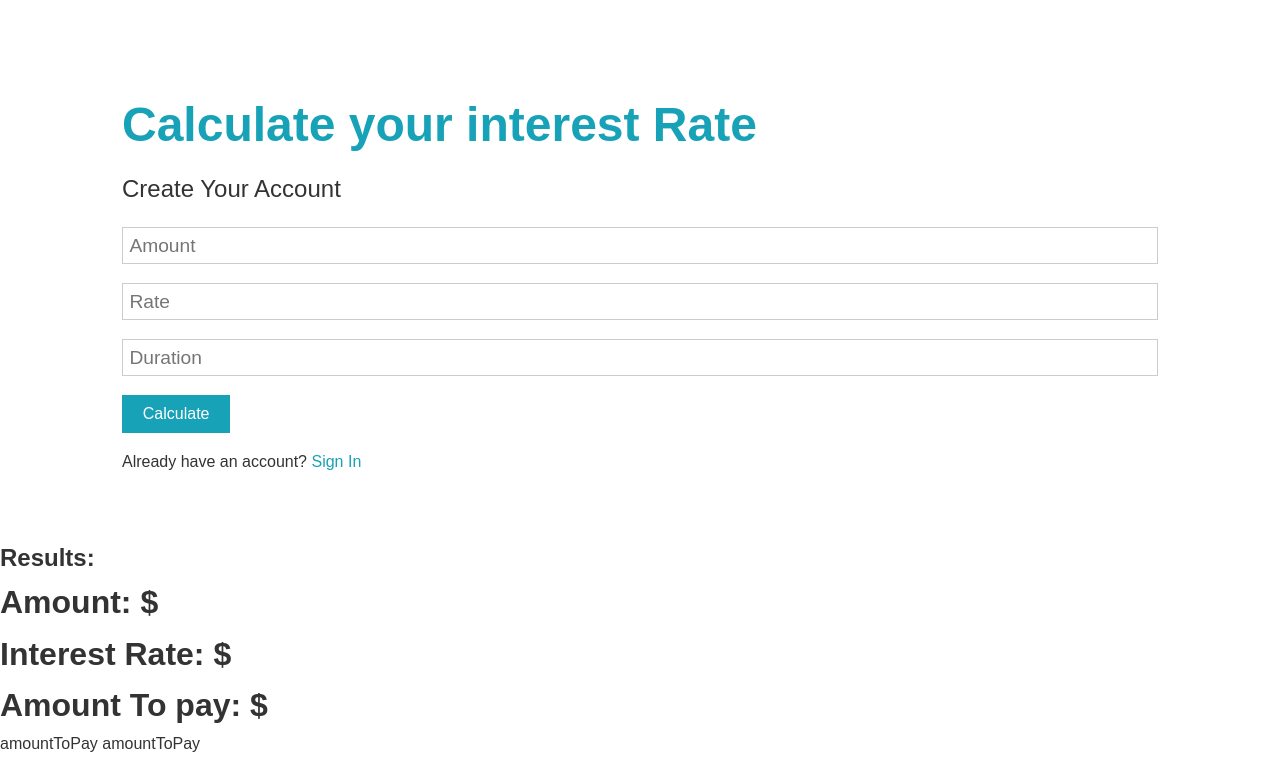
Repository: codding-ideas/loan-calculator
Page: / (app in client/)
These files come from the project's save history. The page is drawn as it stood at one moment and after a run of saves; the edit follows.
The browser window is 1280 px wide. The pictures show the whole page.
The project was rebuilt for these pictures with package versions that can differ from the ones it lists, and the page was loaded fresh each time.

Above is the page before, as saved 2019-07-08 21:45:23.

After the next 2 saves:
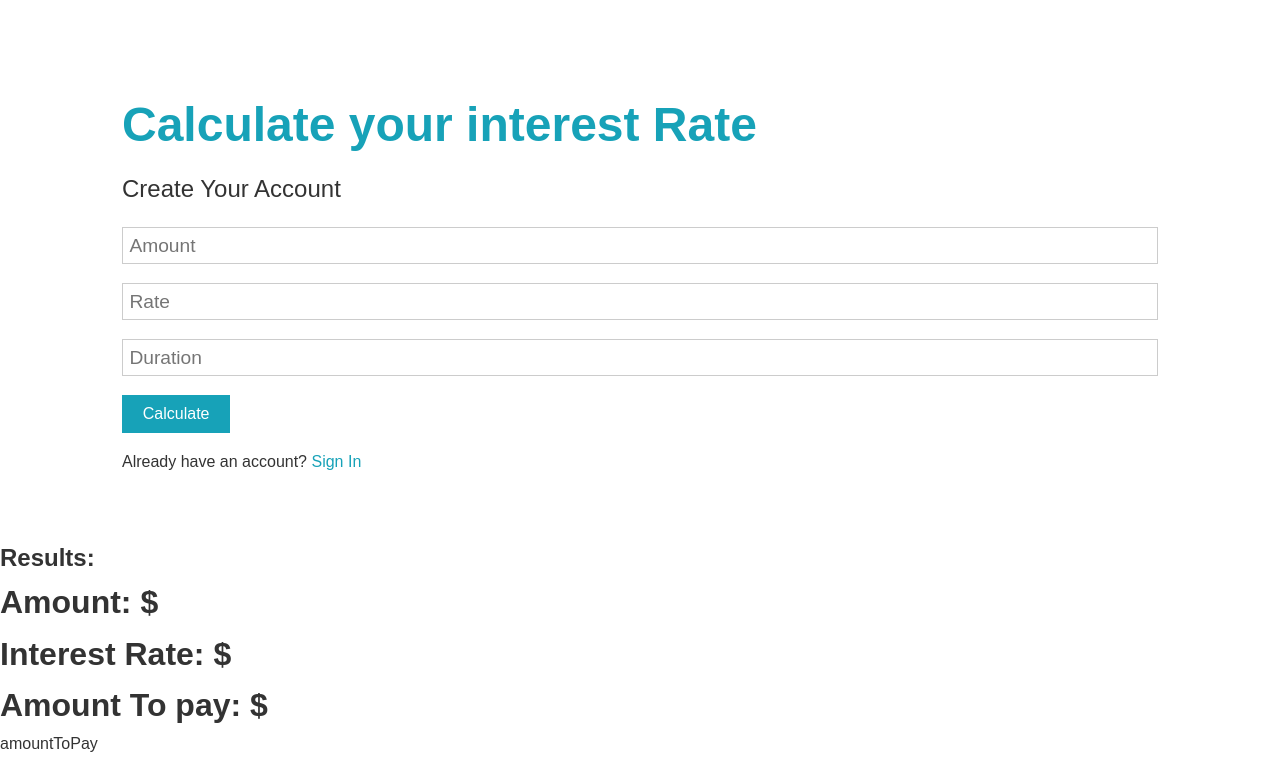
The 2 saves are shown as one change because they came seconds apart.
The last was saved 6 s later.
--- a/client/src/componets/Results.js
+++ b/client/src/componets/Results.js
@@ -8,8 +8,8 @@ const Results = (props) => {
             <h2>Results:</h2>
             <h1>Amount: $ {props.loan.amount}</h1>
             <h1>Interest Rate: ${props.loan.interestRate}</h1>
-            <h1>Amount To pay: ${props.loan.interestRate}</h1>
-            amountToPay
+            <h1>Amount To pay: ${props.loan. amountToPay}</h1>
+
             amountToPay
         </div>
     )
